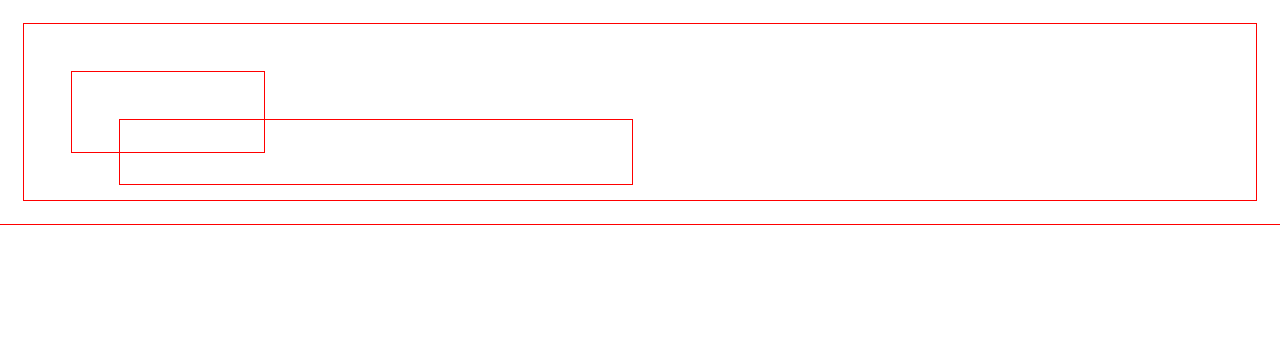
Repository: JacobSkilling-dot/Project1-Blog
Page: Week3-Blog.html
An editor plug-in stored every save of this project. The page is shown before and after the next save, followed by the edit.
The browser window is 1280 px wide. The pictures show the whole page.

Above is the page before, as saved 2023-01-16 19:52:07.

### Week3-Blog.html
<!DOCTYPE html>
<html lang="en">
<head>
    <meta charset="UTF-8">
    <meta http-equiv="X-UA-Compatible" content="IE=edge">
    <meta name="viewport" content="width=device-width, initial-scale=1.0">
    <title>Website Template</title>
    <link rel="stylesheet" href="style.css">
</head>
<body>
    <div class="main-content">
        <div class="search-bar">
        <style>
            .main-content{
                width: 10rem;
                height: 3rem;
                margin: 2rem;
            }

            .search-bar{
                top: 2.5rem;
                height: 2rem;
                margin: 2rem;
                width: 30rem;


            }
        </style>
        </div>
    </div>

</body>
</html>

### style.css
* {
    outline: 1px solid rgb(255, 0, 0);
    padding: 1rem;
    min-height: 1rem;
}

After the next save:
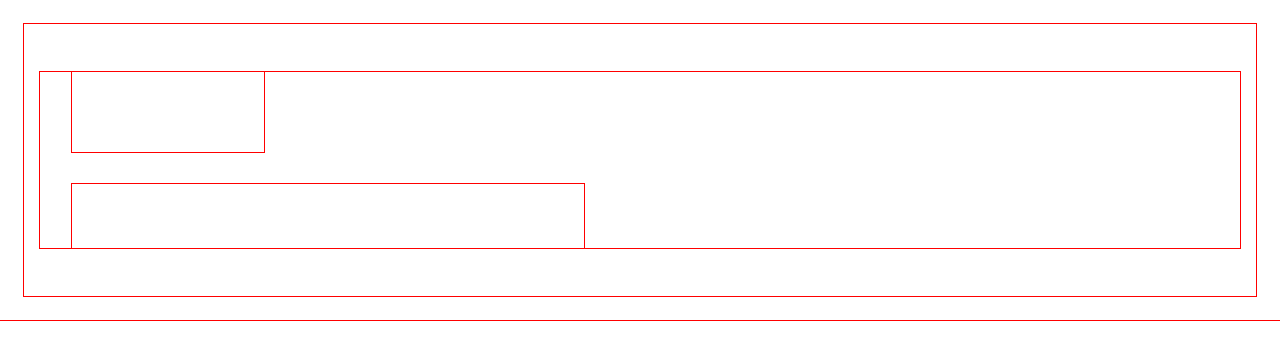
Saved 7 min 51 s later.
--- a/Week3-Blog.html
+++ b/Week3-Blog.html
@@ -9,9 +9,18 @@
 </head>
 <body>
     <div class="main-content">
-        <div class="search-bar">
+    <div class="logo"></div>
+        <div class="search-bar"></div>
         <style>
+
             .main-content{
+                padding: 0;
+                width: 70rem
+                height: 300vh
+
+            }
+
+            .logo{
                 width: 10rem;
                 height: 3rem;
                 margin: 2rem;
@@ -26,7 +35,6 @@
 
             }
         </style>
-        </div>
     </div>
 
 </body>
